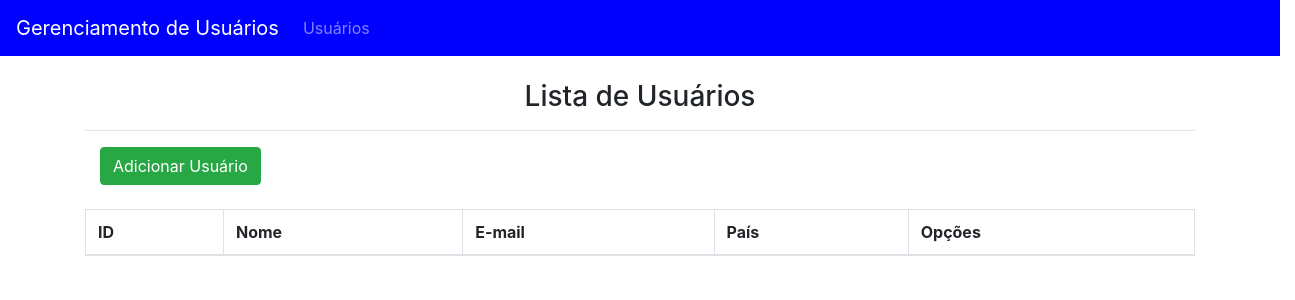
Repository: diegosena7/EstudosJSP
Page: http://localhost/CRUD/
The author's editor kept a copy of each file at every save. The page is drawn from the files as they stood at one save, then again after the next save.
The browser window is 1280 px wide. The page is 1295 px wide, so the pictures cover 1295 px, including what lies to the right of the window. The pictures show the whole page.
The page is served by Tomcat 9. Queries for data that is not in the repository find no rows.

Above is the page before, as saved 2021-07-04 21:54:09.

After the next save:
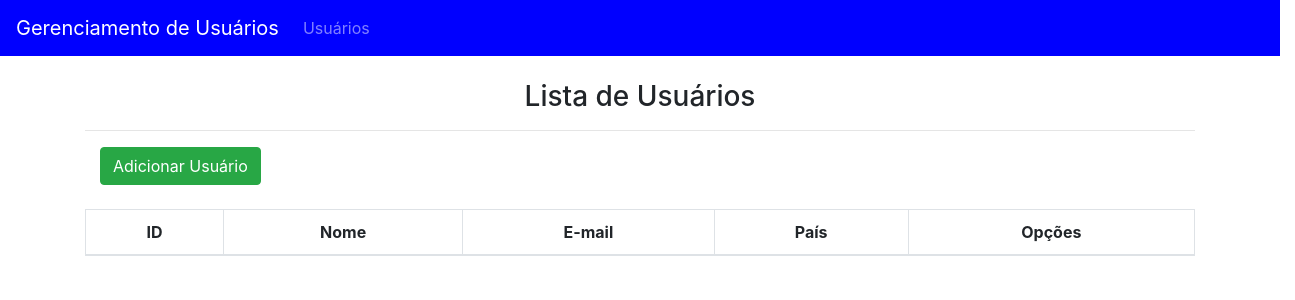
Saved 2 min 22 s later.
--- a/CRUD/WebContent/user-list.jsp
+++ b/CRUD/WebContent/user-list.jsp
@@ -36,7 +36,7 @@
 			<br>
 			<table class="table table-bordered">
 				<thead>
-					<tr>
+					<tr class="text-center">
 						<th>ID</th>
 						<th>Nome</th>
 						<th>E-mail</th>
